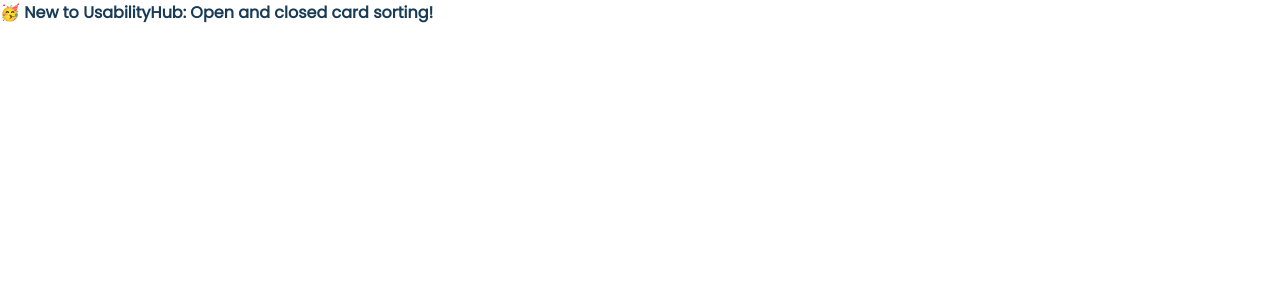
Repository: ramlakhan1/clone1
Page: index.html
These files come from the project's save history. The page is drawn as it stood at one moment and after the next save; the edit follows.
The browser window is 1280 px wide. The pictures show the whole page.
Some web libraries are served in a nearby version.

Above is the page before, as saved 2022-11-29 17:01:03.

### index.html
<!DOCTYPE html>
<html lang="en">
  <head>
    <meta charset="UTF-8" />
    <meta http-equiv="X-UA-Compatible" content="IE=edge" />
    <meta name="viewport" content="width=device-width, initial-scale=1.0" />
    <title>Document</title>
    <link rel="stylesheet" href="style.css" />
  </head>
  <body>
    <div class="top-banner">
      <div class="container">
        <div class="small-bold-text">
          🥳 New to UsabilityHub: Open and closed card sorting!
        </div>
      </div>
    </div>
    <nav></nav>
    <header></header>
    <div class="companies-section"></div>
    <section class="features-section"></section>
    <section class="big-feature-section"></section>
    <section class="big-feature-section"></section>
    <section class="big-feature-section"></section>
    <section class="example-section"></section>
    <section class="cta-section"></section>
    <footer></footer>
    <div class="sunfooter"></div>
    <script
      src="https://kit.fontawesome.com/4353b2cb35.js"
      crossorigin="anonymous"
    ></script>
  </body>
</html>

### style.css
@import url('https://fonts.googleapis.com/css2?family=Poppins&family=Roboto&display=swap');

*{
    margin: 0;
    padding: 0;
    box-sizing: border-box;
}
:root {
    --primary-text-color: #183b56;
    --secondary-text-color: #577592;
    --accent-color: #2294ed;
    --accent-color-dark: #1d69a3;
    --padding-inline-section: 20px;
}
body {
    font-family: 'Poppins', sans-serif;
    color: var(--primary-text-color);
}

h1{
    font-size: 3rem;
}
h2 {
    font-size: 2rem;
}
h3{
    font-size: 1.5rem;
}
p{
    font-family: 'Roboto', sans-serif;
    font-size: 1.25rem;
    color: var(--secondary-text-color);
    line-height: 1.8rem;
}

a {
    text-decoration: none;
    display: inline-block;
}
.container {

}
.small-bold-text {
    font-size: 1rem;
    font-weight: 700;
}

After the next save:
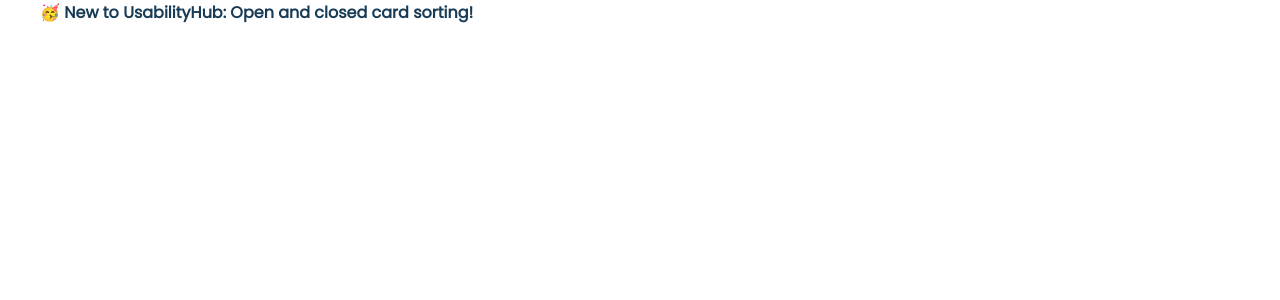
Saved 5 s later.
--- a/style.css
+++ b/style.css
@@ -38,7 +38,8 @@
     display: inline-block;
 }
 .container {
-
+    max-width: 1200px;
+    margin: 0 auto;
 }
 .small-bold-text {
     font-size: 1rem;
